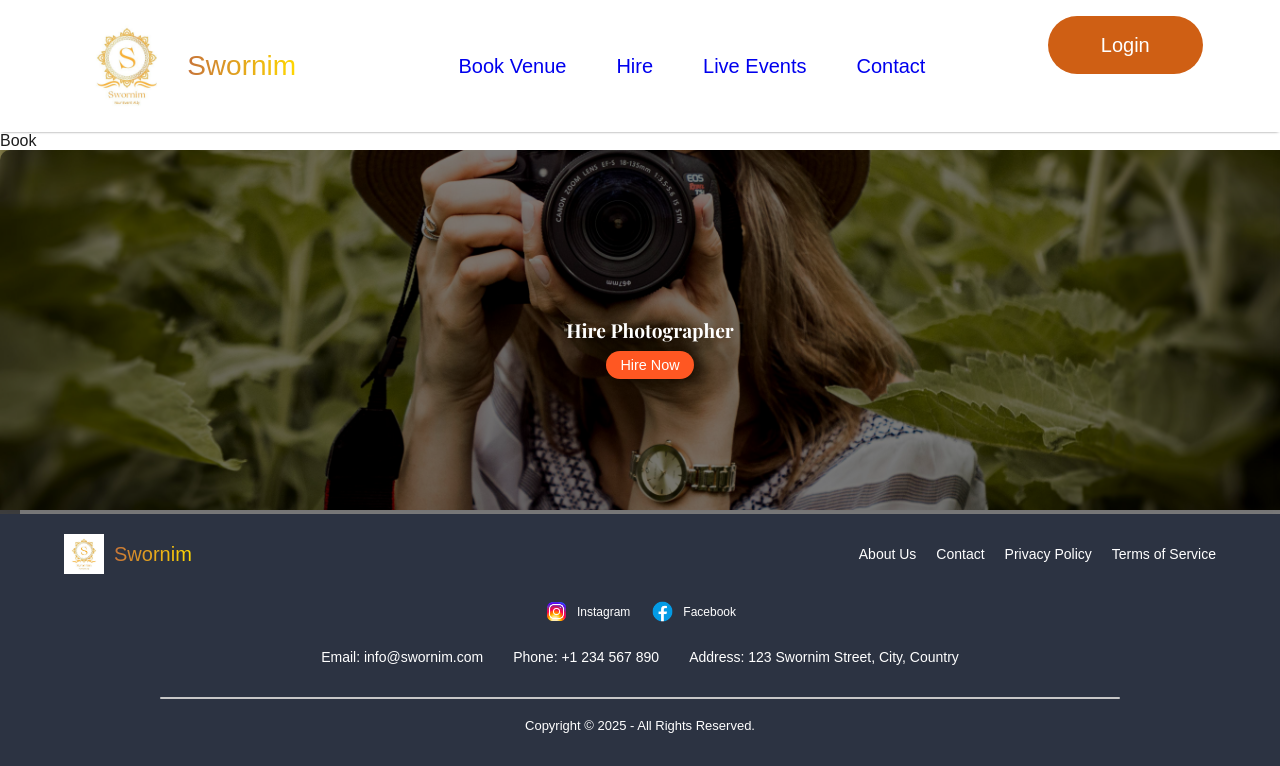
Repository: leonischu/Swornim
Page: / (app in frontend/)
The author's editor kept a copy of each file at every save. The page is drawn from the files as they stood at one save, then again after the next save.
The browser window is 1280 px wide. The pictures show the whole page.
Pictures or frames that could not be fetched are drawn as grey boxes. The project was rebuilt for these pictures with package versions that can differ from the ones it lists, and the page was loaded fresh each time. Also part of the build but not shown: frontend/src/App.css, frontend/src/Pages/Contact.jsx, frontend/src/Pages/LoginSignup.jsx.

Above is the page before, as saved 2025-06-01 18:45:58.

### frontend/public/index.html
<!DOCTYPE html>
<html lang="en">
  <head>
    <meta charset="utf-8" />
    <link rel="icon" href="%PUBLIC_URL%/favicon.ico" />
    <meta name="viewport" content="width=device-width, initial-scale=1" />
    <meta name="theme-color" content="#000000" />
    <meta
      name="description"
      content="Web site created using create-react-app"
    />
    <link rel="apple-touch-icon" href="%PUBLIC_URL%/logo192.png" />
    <!--
      manifest.json provides metadata used when your web app is installed on a
      user's mobile device or desktop. See https://developers.google.com/web/fundamentals/web-app-manifest/
    -->
    <link rel="manifest" href="%PUBLIC_URL%/manifest.json" />
    <link href="https://fonts.googleapis.com/css2?family=Lato:wght@400;600&family=Playfair+Display:wght@400;600;700&display=swap" rel="stylesheet">
    <link rel="stylesheet" href="https://cdnjs.cloudflare.com/ajax/libs/font-awesome/6.0.0-beta3/css/all.min.css"/>

    <!--
      Notice the use of %PUBLIC_URL% in the tags above.
      It will be replaced with the URL of the `public` folder during the build.
      Only files inside the `public` folder can be referenced from the HTML.

      Unlike "/favicon.ico" or "favicon.ico", "%PUBLIC_URL%/favicon.ico" will
      work correctly both with client-side routing and a non-root public URL.
      Learn how to configure a non-root public URL by running `npm run build`.
    -->
    <title>Swornim</title>
  </head>
  <body>
    <noscript>You need to enable JavaScript to run this app.</noscript>
    <div id="root"></div>
    <!--
      This HTML file is a template.
      If you open it directly in the browser, you will see an empty page.

      You can add webfonts, meta tags, or analytics to this file.
      The build step will place the bundled scripts into the <body> tag.

      To begin the development, run `npm start` or `yarn start`.
      To create a production bundle, use `npm run build` or `yarn build`.
    -->
  </body>
</html>

### frontend/src/index.css
body {
  margin: 0;
  font-family: -apple-system, BlinkMacSystemFont, 'Segoe UI', 'Roboto', 'Oxygen',
    'Ubuntu', 'Cantarell', 'Fira Sans', 'Droid Sans', 'Helvetica Neue',
    sans-serif;
  -webkit-font-smoothing: antialiased;
  -moz-osx-font-smoothing: grayscale;
  font-family: 'Lato', sans-serif ;
  color: rgb(29, 29, 29);
}
h1, h2, h3, h4, h5, h6 {
  font-family: 'Playfair Display', serif;
  color: rgb(23, 23, 23); /* Default heading color */
  font-weight: bold;
}
.body-medium {
  font-family: 'Lato', sans-serif;
  font-size: 16px;
  color: rgb(29, 29, 29);
}
.title-medium {
  font-family: 'Playfair Display', serif;
  font-size: 20px;
  font-weight: bold;
  color: rgb(23, 23, 23);
}
.headline-small {
  font-family: 'Playfair Display', serif;
  font-size: 24px;
  font-weight: bold;
  color: white; /* White for headings like "Book Venue" */
}

code {
  font-family: source-code-pro, Menlo, Monaco, Consolas, 'Courier New',
    monospace;
}

### frontend/src/App.js

import './App.css';
import { Navbar } from './Components/Navbar/Navbar';
import { BrowserRouter, Routes, Route } from 'react-router-dom';
import { Book } from './Pages/Book';
import { Contact } from './Pages/Contact';
import { LoginSignup } from './Pages/LoginSignup';
import { Footer} from './Components/Footer/Footer';
import Carousel from './Components/Carousel/Carousel';
function App() {
  return (
    <div>
      <BrowserRouter>
      <Navbar/>
       <Routes>
          <Route path='/' element={<Book/>}/>
          <Route path='/contact' element={<Contact/>}/>

          <Route path='/login' element={<LoginSignup/>}/>
          </Routes>
          <Carousel/>
         <Footer/>
      </BrowserRouter>
    </div>
  );
}

export default App;

### frontend/src/Components/Navbar/Navbar.jsx
import React, { useState } from 'react'
import './Navbar.css'

import logo from '../Assets/logo.jpg'
import { Link } from 'react-router-dom';
export const Navbar = () => {
    const [menu, setMenu] = useState(""); // State for active menu item

  return (
    <div className='navbar'>
      <div className='nav-logo'>
        <img src={logo} alt=""/>
        <p>Swornim</p>
      </div>
      <ul className="nav-menu">
        <li onClick={()=>{setMenu("book venue")}}><Link style={{ textDecoration: 'none' }}to='/'>Book Venue</Link>{menu==="book venue"?<hr/>:<></>}</li>
        <li onClick={()=>{setMenu("hire")}}><Link style={{ textDecoration: 'none' }}to='/hire'> Hire</Link>{menu==="hire"?<hr/>:<></>}</li>
        <li onClick={()=>{setMenu("live events")}}><Link style={{ textDecoration: 'none' }} to='/liveevents'>Live Events</Link>{menu==="live events"?<hr/>:<></>}</li>
        <li onClick={()=>{setMenu("contact")}}><Link style={{ textDecoration: 'none' }}  to='/contact'>Contact</Link >{menu==="contact"?<hr/>:<></>}</li>
      </ul>
      <div className='nav-login-cart'>
        <Link to='/login'><button>Login</button></Link>

      </div>
    </div>
  )
}

### frontend/src/Pages/Book.jsx
import React from 'react';


export const Book = () => {
  return (
    <div>Book</div>


  )
}

### frontend/src/Components/Footer/Footer.jsx
import React from 'react'
import './Footer.css'
import footer_logo from '../Assets/logo.jpg'
import instagram_icon from '../Assets/instagram_icon.png'
import facebook_icon from '../Assets/facebook_icon.png'

export const Footer = () => {
  return (
    <div className='footer'>

      {/* Logo and Navigation Links */}
      <div className='footer-top'>
        <div className="footer_logo">
          <img src={footer_logo} alt='logo' />
          <p>Swornim</p>
        </div>

        <ul className='footer-links'>
          <li>About Us</li>
          <li>Contact</li>
          <li>Privacy Policy</li>
          <li>Terms of Service</li>
        </ul>
      </div>

      {/* Social Icons */}
      <div className="footer-social-section">
        <div className="footer-social-icon">
          <a
            href="https://instagram.com"
            target="_blank"
            rel="noopener noreferrer"
            className='footer-icons-container'
          >
            <img src={instagram_icon} alt="Instagram" />
            <span>Instagram</span>
          </a>
          <a
            href="https://facebook.com"
            target="_blank"
            rel="noopener noreferrer"
            className='footer-icons-container'
          >
            <img src={facebook_icon} alt="Facebook" />
            <span>Facebook</span>
          </a>
        </div>
      </div>

      {/* Contact Info */}
      <div className="footer-contact">
        <p>Email: info@swornim.com</p>
        <p>Phone: +1 234 567 890</p>
        <p>Address: 123 Swornim Street, City, Country</p>
      </div>

      {/* Copyright */}
      <div className="footer-copyright">
        <hr />
        <p>Copyright © 2025 - All Rights Reserved.</p>
      </div>

    </div>
  )
}

### frontend/src/Components/Carousel/Carousel.jsx
import React from 'react';
import Slider from "react-slick";
import "slick-carousel/slick/slick.css";
import "slick-carousel/slick/slick-theme.css";
import "./Carousel.css";
const Carousel = () => {
  const settings = {
    dots: true,
    infinite: true,
    speed: 500,
    slidesToShow: 1,
    slidesToScroll: 1,
    autoplay: true,
    autoplaySpeed: 3000,
  };

  const slides = [
    {
      title: "Book Your Event",
      image: require("../Assets/venue.jpg"),
      buttonText: "Book Now",
    },
    {
      title: "Hire Photographer",
      image: require("../Assets/photographer.jpg"),
      buttonText: "Hire Now",
    },
    {
      title: "Hire Makeup Artist",
      image: require("../Assets/makeupartist.jpg"),
      buttonText: "Hire Now",
    },
    {
      title: "Get Into Live Events",
      image: require("../Assets/liveevent.jpg"),
      buttonText: "Explore Now",
    },
  ];

return (
  <div className="carousel-container">
    <Slider {...settings}>
      {slides.map((slide, index) => (
        <div key={index} className="carousel-slide">
          <img
            src={slide.image}
            alt={slide.title}
            className="carousel-image"
          />
          <div className="carousel-overlay">
            <h2 className="carousel-title">{slide.title}</h2>
            <button className="carousel-button">{slide.buttonText}</button>
          </div>
        </div>
      ))}
    </Slider>
  </div>
);
}

export default Carousel;

### frontend/src/Components/Navbar/Navbar.css
.navbar{
    display:flex;
    justify-content: space-around;
    padding: 16px;
    box-shadow: 0 1px 3px -2px black;
}
.nav-logo{
    display: flex;
    align-items: center;
    gap: 10px;
}
.nav-logo p {
    background: linear-gradient(to right, rgba(199, 116, 57, 1), #FFD700);
    -webkit-background-clip: text;
    -webkit-text-fill-color: transparent;
    background-clip: text; /* Optional for broader support */
    font-size: 28px;
    font-weight: 400;
}
.nav-logo img {
    width: 100px; /* Adjust the width of an image/icon */
    height: auto;
}
.nav-menu{
    display: flex;
    align-items: center;
    list-style: none;
    gap: 50px;
    color: black;
    font-size: 20px;
    font-weight: 500;

}
.nav-menu li{
    display: flex;
    flex-direction: column;
    align-items: center;
    justify-content: center;
    gap: 3px;
    cursor: pointer;

}
.nav-menu hr{
    border: none;
    width: 90%;
    height: 3px;
    border-radius: 15px;
    background: rgba(207, 95, 20, 1);

}
.nav-login-cart {
    display: flex; /* Flexbox layout */
    gap: 15px; /* Adjust the gap between buttons */
}
.nav-login-cart button{
    width: 155px;
    height: 58px;
    outline: none;
    border: 1px solid transparent;
    border-radius: 75px;
    background-color: rgba(207, 95, 20, 1);
    color: white;
    font-size: 20px;
    font-weight: 500;
    cursor: pointer;
}
.nav-login-cart button:active{
    background: rgba(44, 51, 66, 1);
}

### frontend/src/Pages/CSS/LoginSignup.css
body, html {
  margin: 0;
  padding: 0;
  box-sizing: border-box;
  font-family: 'Arial', sans-serif;
}

.loginsignup {
  width: 100%;
  height: 100vh;
  display: flex;
  justify-content: center;
  align-items: center;
  background: none; /* No background color */
}

.loginsignup-container {
  width: 400px;
  padding: 30px;
  background: white;
  border-radius: 10px;
  box-shadow: 0 4px 15px rgba(0, 0, 0, 0.1);
  text-align: center;
}

.loginsignup-container h1 {
  margin-bottom: 20px;
  color: #333;
  font-size: 24px;
}

.input-container {
  position: relative;
  margin-bottom: 20px;
}

.input-container i {
  position: absolute;
  top: 50%;
  left: 10px;
  transform: translateY(-50%);
  color: #aaa;
  font-size: 16px;
}

.input-container input {
  width: calc(100% - 40px);
  padding: 10px 10px 10px 35px;
  border: 1px solid #ccc;
  border-radius: 5px;
  font-size: 16px;
  outline: none;
  color: #333;
}

.input-container input:focus {
  border-color: #555;
}

button {
  width: 100%;
  padding: 12px;
  border: none;
  border-radius: 5px;
  background: rgba(207, 95, 20, 1);
  color: white;
  font-size: 18px;
  cursor: pointer;
  transition: background 0.3s ease-in-out;
}

button:hover {
  background: rgba(165, 75, 15, 1);
}

.loginsignup-login {
  margin-top: 20px;
  color: #555;
  font-size: 14px;
}

.loginsignup-login span {
  color: rgba(165, 75, 15, 1);;
  font-weight: bold;
  cursor: pointer;
}

.loginsignup-login span:hover {
  text-decoration: underline;
}

.loginsignup-agree {
  display: flex;
  align-items: center; /* Vertically aligns checkbox and text */
  gap: 10px; /* Space between the checkbox and the text */
  margin-top: 20px;
  font-size: 14px;
  color: #5c5c5c;
}

.loginsignup-agree input {
  margin-right: 10px;
}

.loginsignup-agree input[type='checkbox'] {
  width: 16px; /* Adjust the size of the checkbox */
  height: 16px;
  cursor: pointer; /* Makes the checkbox more interactive */
}

### frontend/src/Components/Footer/Footer.css
.footer {
  display: flex;
  flex-direction: column;
  justify-content: center;
  align-items: center;
  gap: 25px; /* Increased gap for better spacing */
  padding: 20px 0;
  background-color: rgba(44, 51, 66, 1);
  color: white;
  font-family: Arial, sans-serif;
  font-size: 14px;
}

/* Top section with logo and links */
.footer-top {
  display: flex;
  flex-wrap: wrap;
  justify-content: space-between;
  align-items: center;
  width: 90%;
  max-width: 1200px;
}

.footer_logo {
  display: flex;
  align-items: center;
  gap: 10px;
}

.footer_logo img {
  width: 40px;
  height: auto;
}

.footer_logo p {
  background: linear-gradient(to right, rgba(199, 116, 57, 1), #FFD700);
  -webkit-background-clip: text;
  -webkit-text-fill-color: transparent;
  font-size: 20px;
  font-weight: 500;
  margin: 0;
}

.footer-links {
  display: flex;
  list-style: none;
  gap: 20px;
  padding: 0;
  margin: 0;
  font-size: 14px;
}

.footer-links li {
  cursor: pointer;
  transition: color 0.3s;
}

.footer-links li:hover {
  color: #ffa500;
}

/* Social Icons Section */
.footer-social-section {
  width: 90%;
  max-width: 1200px;
  text-align: center;
}

.footer-social-icon {
  display: flex;
  justify-content: center;
  gap: 20px;
}

.footer-icons-container {
  display: flex;
  align-items: center;
  gap: 8px;
  text-decoration: none;
  color: white;
  background: none;
  border: none;
  cursor: pointer;
  transition: color 0.3s ease;
}

.footer-icons-container img {
  width: 25px;
  height: 25px;
}

.footer-icons-container span {
  font-size: 12px;
}

.footer-icons-container:hover {
  color: #ff5722;
}

/* Contact Info Section */
.footer-contact {
  display: flex;
  flex-wrap: wrap;
  justify-content: center;
  gap: 30px;
  text-align: center;
  width: 90%;
  max-width: 1200px;
  font-size: 14px;
}

.footer-contact p {
  margin: 0;
}

/* Copyright Section */
.footer-copyright {
  display: flex;
  flex-direction: column;
  align-items: center;
  width: 100%;
  max-width: 1200px;
  color: white;
  font-size: 13px;
  text-align: center;
}

.footer-copyright hr {
  width: 80%;
  border: none;
  border-radius: 10px;
  height: 2px;
  background: #c7c7c7;
}

### frontend/src/Components/Carousel/Carousel.css
/* Carousel container */
.carousel-container {
  width: 100vw;
  margin: 0 auto;
  overflow: hidden;
}

/* Each slide */
.carousel-slide {
  position: relative;
  display: flex;
  justify-content: center;
  align-items: center;
}

/* Image styles */
.carousel-image {
  width: 100vw;
  height: 50vh;    /* Half viewport height */
  object-fit: cover; /* Ensures the image fills the area without distortion */
  border-radius: 0;
  box-shadow: 0px 4px 8px rgba(0, 0, 0, 0.1);
}

/* Overlay styles */
.carousel-overlay {
  position: absolute;
  top: 0;
  left: 0;
  width: 100%;
  height: 100%;
  background: rgba(0, 0, 0, 0.5); /* Slightly darker overlay */
  display: flex;
  flex-direction: column;
  justify-content: center;
  align-items: center;
  border-radius: 10px;
  padding: 10px;
}

/* Title styles */
.carousel-title {
  color: white;
  font-size: 1.2rem; /* Smaller font size for titles */
  font-weight: bold;
  margin-bottom: 8px;
  text-align: center;
}

/* Button styles */
.carousel-button {
  background-color: #ff5722;
  color: white;
  display: inline-block;
  width: auto;
  max-width: 150px;
  padding: 6px 14px; /* Smaller padding for buttons */
  border: none;
  border-radius: 20px;
  font-size: 0.9rem; /* Smaller button font size */
  cursor: pointer;
  box-shadow: 0px 2px 6px rgba(0, 0, 0, 0.2);
  transition: background-color 0.3s ease;
}

.carousel-button:hover {
  background-color: #e64a19;
}

Loaded but not shown: frontend/src/index.js (common file); frontend/src/reportWebVitals.js (common file)

After the next save:
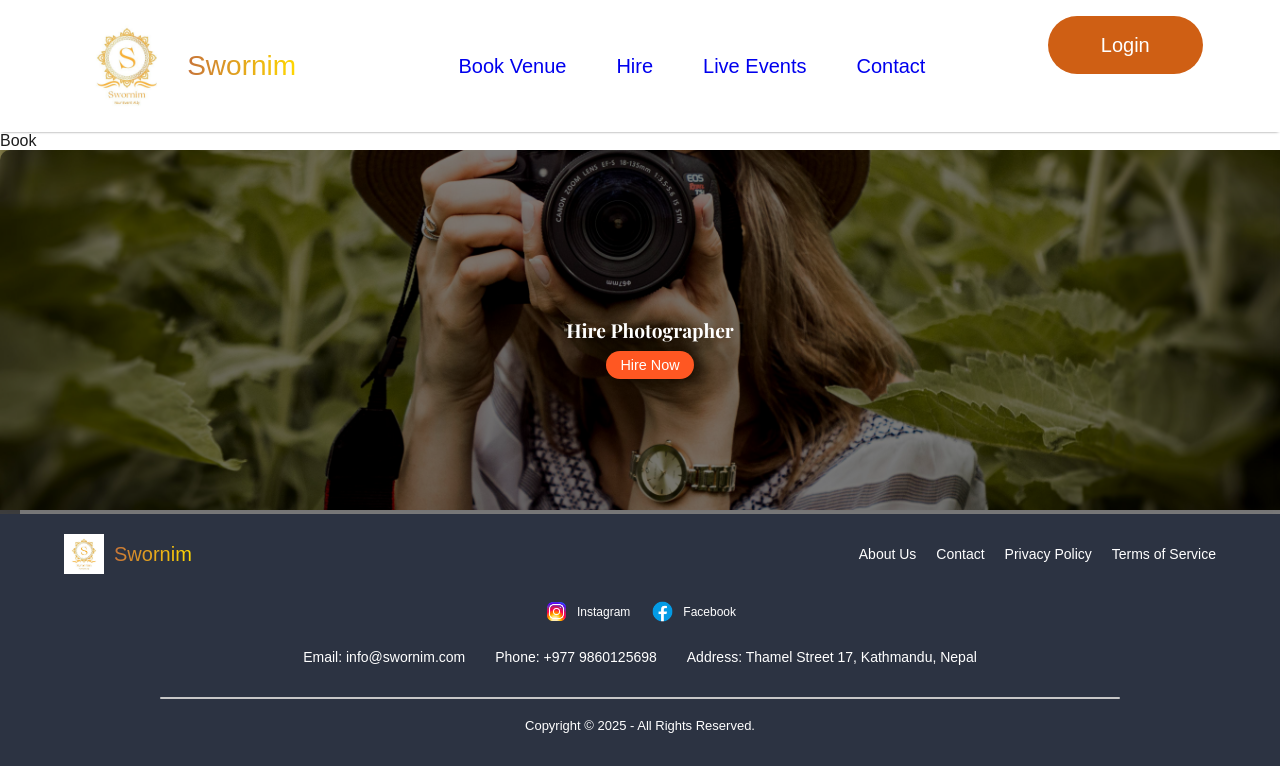
Saved 2 min 21 s later.
--- a/frontend/src/Components/Footer/Footer.jsx
+++ b/frontend/src/Components/Footer/Footer.jsx
@@ -50,8 +50,8 @@ export const Footer = () => {
       {/* Contact Info */}
       <div className="footer-contact">
         <p>Email: info@swornim.com</p>
-        <p>Phone: +1 234 567 890</p>
-        <p>Address: 123 Swornim Street, City, Country</p>
+        <p>Phone: +977 9860125698 </p>
+        <p>Address: Thamel Street 17, Kathmandu, Nepal</p>
       </div>
 
       {/* Copyright */}
